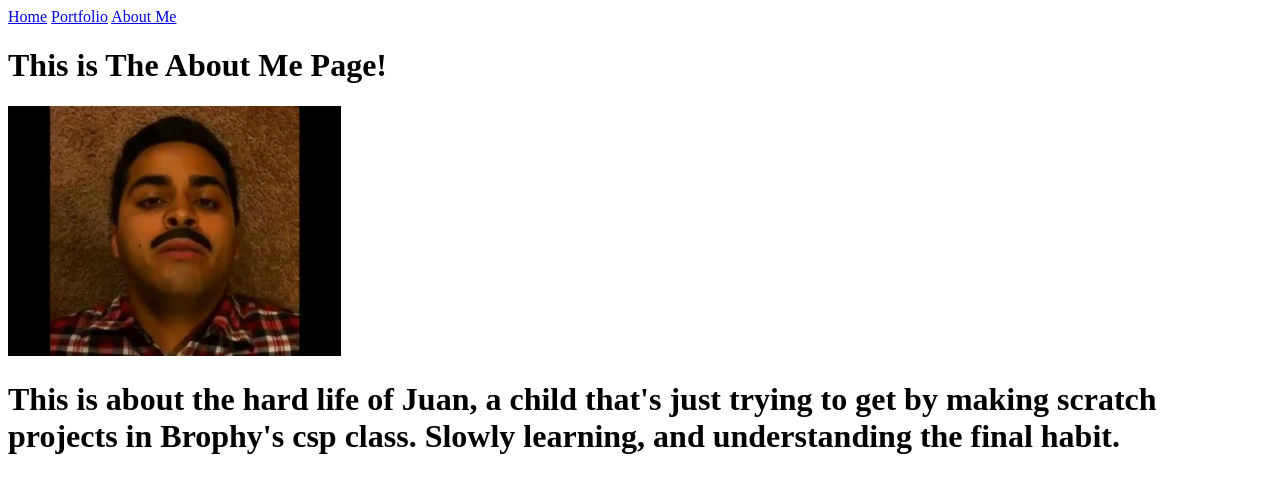
Repository: umana661/umana661.github.io
Page: my_website/about_me.html
The author's editor kept a record of every edit. The page is drawn from the files as they stood at one moment, then again after the next edit.
The browser window is 1280 px wide. The pictures show the whole page.

Above is the page before.

### my_website/about_me.html
<!doctype html>
	<html lang="en">
	  <head>
	    <meta charset="utf-8">
	    <title>Portfolio</title>
	  </head>
	  <body>
    <a href="index.html">Home</a>
    <a href="portfolio.html">Portfolio</a>
    <a href="about_me.html">About Me</a>
    <h1>This is The About Me Page!</h1>
    <img src="images/Juan.jpg" height="250">
    <h1>This is about the hard life of Juan, a child that's just trying to get by making scratch projects in Brophy's csp class. Slowly learning, and understanding the final habit.


















































































































    </h1>
    <br>
    </a>
	  </body>
	</html>

After the next edit:
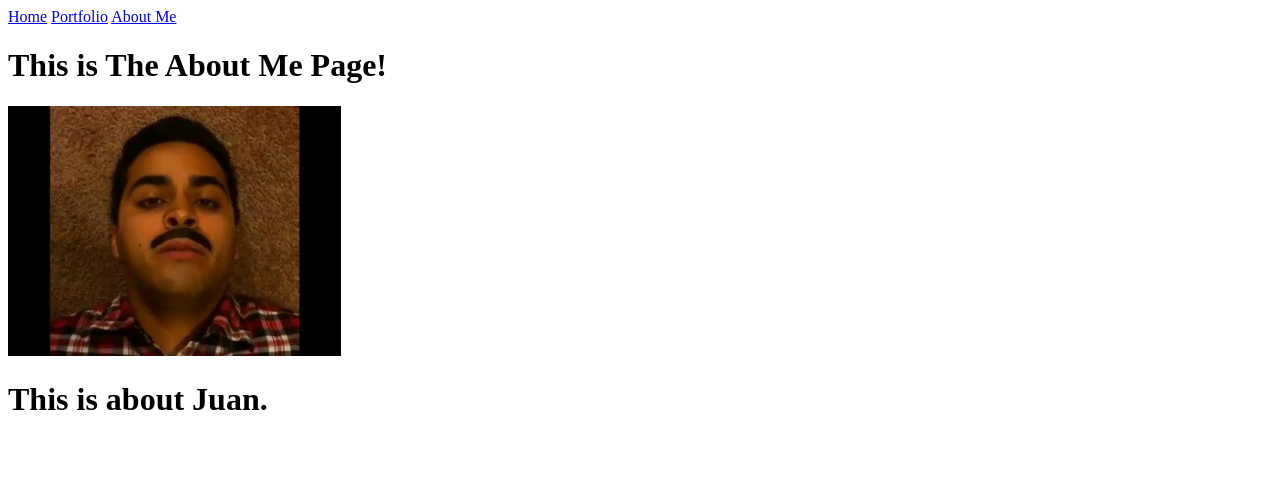
The edit:
--- a/my_website/about_me.html
+++ b/my_website/about_me.html
@@ -10,8 +10,10 @@
     <a href="about_me.html">About Me</a>
     <h1>This is The About Me Page!</h1>
     <img src="images/Juan.jpg" height="250">
-    <h1>This is about the hard life of Juan, a child that's just trying to get by making scratch projects in Brophy's csp class. Slowly learning, and understanding the final habit.
-
+    <h1>This is about Juan.
+    </a>
+      </body>
+    </html>
 
 
 
